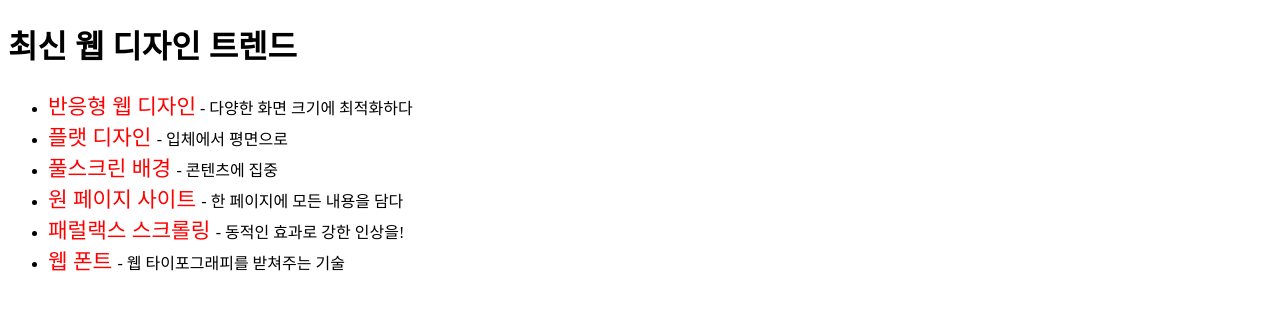
Repository: Kebiskim/2023_WebStudy
Page: 01_css/src/main/webapp/day01/Ex09_test.html
These files come from the project's save history. The page is drawn as it stood at one moment and after the next save; the edit follows.
The browser window is 1280 px wide. The pictures show the whole page.

Above is the page before, as saved 2023-06-23 04:11:58.

After the next save:
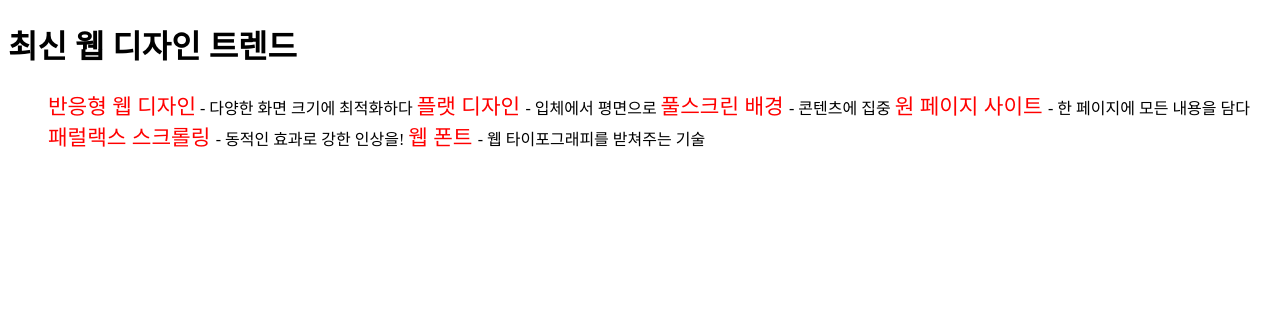
Saved 38 s later.
--- a/01_css/src/main/webapp/day01/Ex09_test.html
+++ b/01_css/src/main/webapp/day01/Ex09_test.html
@@ -14,12 +14,12 @@
 <div class="container">
             <h1>최신 웹 디자인 트렌드</h1>
             <ul>
-                <li><span class="subject">반응형 웹 디자인</span> - 다양한 화면 크기에 최적화하다</li>
-                <li><span class="subject">플랫 디자인 </span> - 입체에서 평면으로 </li>
-                <li><span class="subject">풀스크린 배경 </span> - 콘텐츠에 집중</li>
-                <li><span class="subject">원 페이지 사이트 </span> - 한 페이지에 모든 내용을 담다</li>
-                <li><span class="subject">패럴랙스 스크롤링 </span> - 동적인 효과로 강한 인상을!</li>
-                <li><span class="subject">웹 폰트 </span> - 웹 타이포그래피를 받쳐주는 기술</li>
+                <span class="subject">반응형 웹 디자인</span> - 다양한 화면 크기에 최적화하다
+                <span class="subject">플랫 디자인 </span> - 입체에서 평면으로
+                <span class="subject">풀스크린 배경 </span> - 콘텐츠에 집중
+                <span class="subject">원 페이지 사이트 </span> - 한 페이지에 모든 내용을 담다
+                <span class="subject">패럴랙스 스크롤링 </span> - 동적인 효과로 강한 인상을!
+                <span class="subject">웹 폰트 </span> - 웹 타이포그래피를 받쳐주는 기술
             </ul>
         </div>
 </body>
